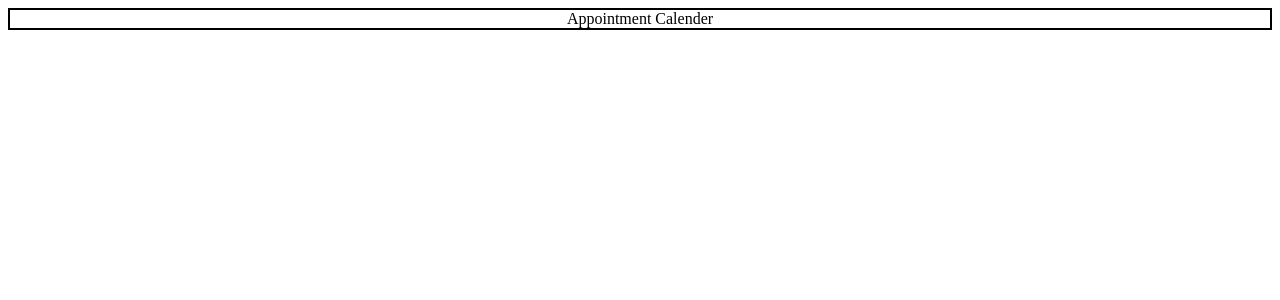
Repository: KennethEskandari/Appointment-Calender-
Page: / (app in Appointment-Calender/)
An editor plug-in stored every save of this project. The page is shown before and after a run of saves, followed by the edit.
The browser window is 1280 px wide. The pictures show the whole page.
The project was rebuilt for these pictures with package versions that can differ from the ones it lists, and the page was loaded fresh each time. Also part of the build but not shown: Appointment-Calender/vite.config.js.

Above is the page before, as saved 2025-04-15 19:31:33.

After the next 2 saves:
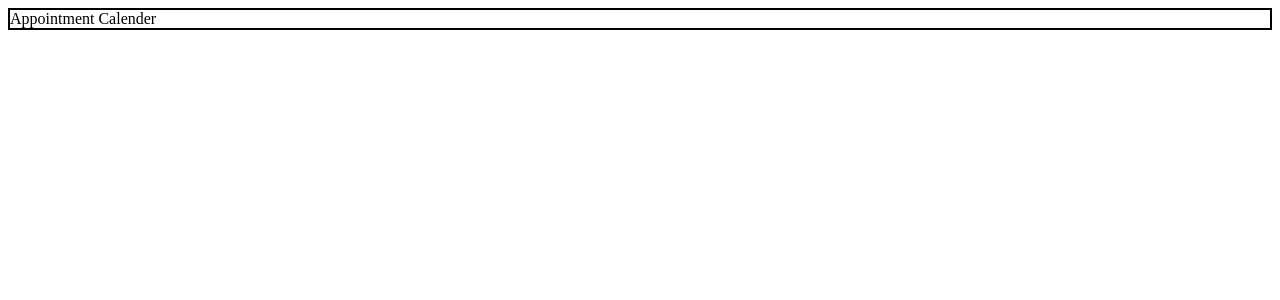
The 2 saves are shown as one change because they came seconds apart.
The last was saved 13 s later.
--- a/Appointment-Calender/src/App.jsx
+++ b/Appointment-Calender/src/App.jsx
@@ -6,7 +6,7 @@
 
   return (
     <div>
-      <header className ="h-16 border-2 text-center bg-purple-400">Appointment Calender</header>
+      <header className ="h-16 border-2 text-center-lg bg-purple-400">Appointment Calender</header>
     </div>
 
   )

After the save that followed:
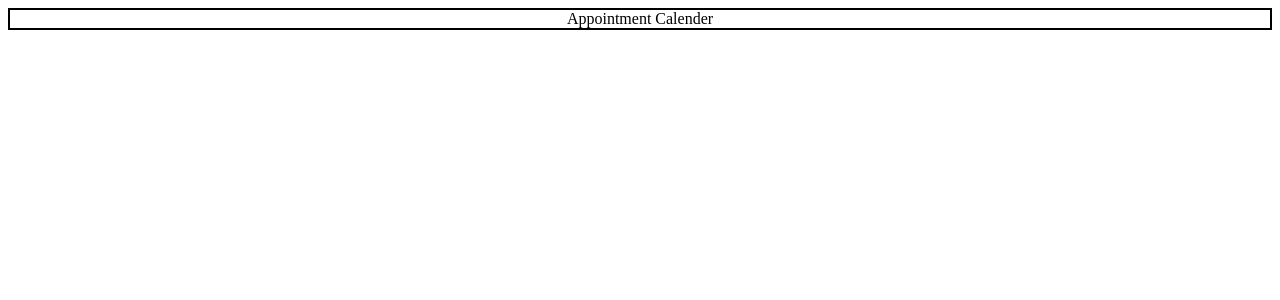
Saved 7 s later.
--- a/Appointment-Calender/src/App.jsx
+++ b/Appointment-Calender/src/App.jsx
@@ -6,7 +6,7 @@
 
   return (
     <div>
-      <header className ="h-16 border-2 text-center-lg bg-purple-400">Appointment Calender</header>
+      <header className ="h-16 border-2 text-center text-lg bg-purple-400">Appointment Calender</header>
     </div>
 
   )
